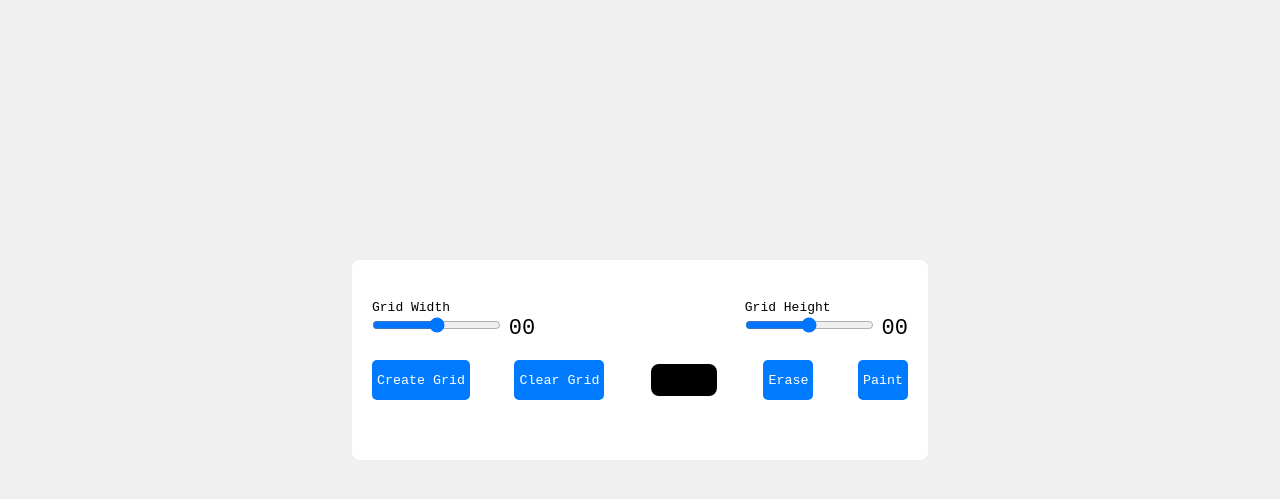
Repository: radisyah/Pixel_Art_Generator
Page: index.html
An editor plug-in stored every save of this project. The page is shown before and after the next save, followed by the edit.
The browser window is 1280 px wide. The pictures show the whole page.

Above is the page before, as saved 2024-11-20 12:40:41.

After the next save:
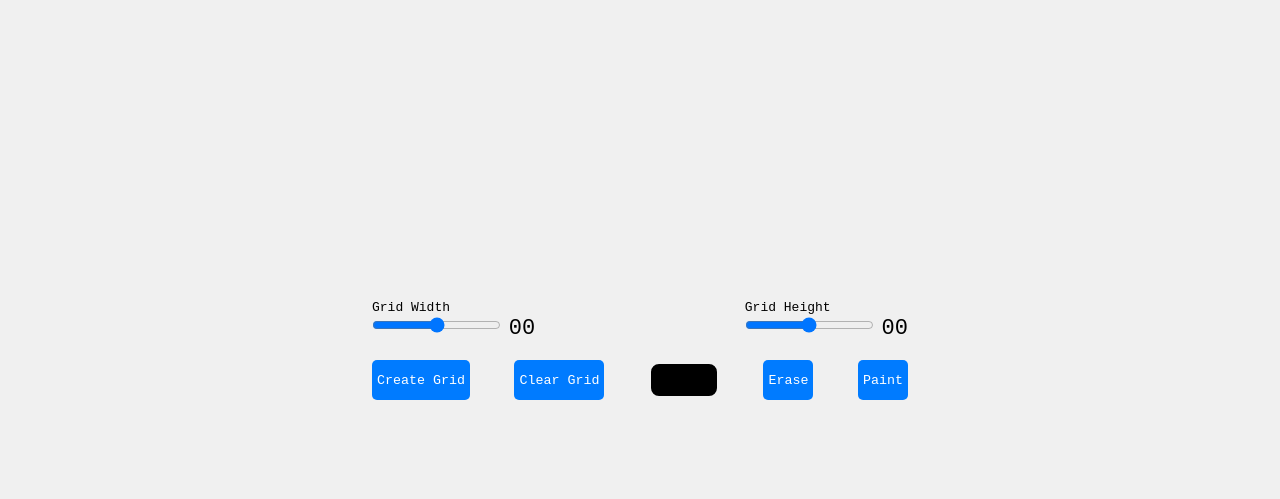
Saved 71 s later.
--- a/style.css
+++ b/style.css
@@ -10,7 +10,7 @@ body{
 }
 
 .wrapper{
-    background-color: white;
+    background-color: 403a3a;
     width: 80vmin;
     position: absolute;
     transform: translate(-50%, -50%);
